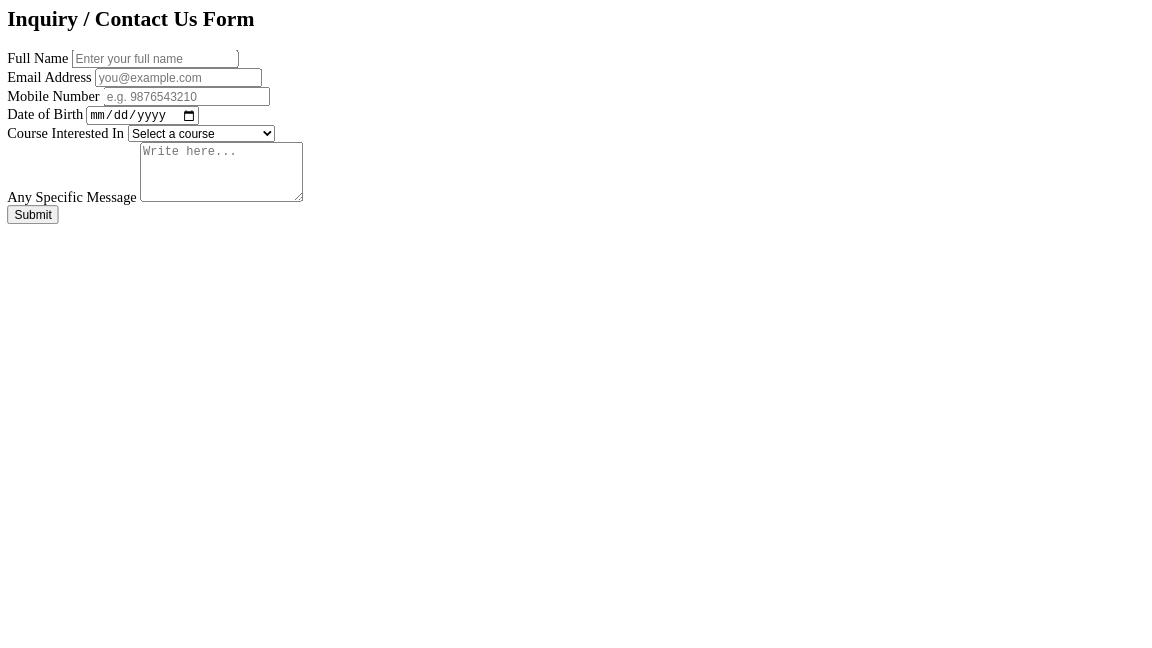
Repository: mscomputer2025/mscomputer
Page: http://localhost/contactus
These files come from the project's save history. The page is drawn as it stood at one moment and after a run of saves; the edit follows.
The browser window is 1280 px wide. The pictures show the whole page, at 90% of full size.
Some web fonts or font styles are not loaded; a fallback is used. The page is served by the project's Laravel application, run on PHP 8.4 with Laravel 12. Other server files are loaded and not shown. Queries for data that is not in the repository find no rows.

Above is the page before, as saved 2025-07-02 07:15:41.

### app/Providers/AppServiceProvider.php
<?php

namespace App\Providers;

use Illuminate\Support\ServiceProvider;
use App\Models\Courses;
use Illuminate\Support\Facades\View;

class AppServiceProvider extends ServiceProvider
{

    public function register(): void
    {
        //
    }

    public function boot()
{
    View::composer('*', function ($view) {
        $view->with('allCourses', Courses::all());
    });
}
}

### app/Providers/ViewServiceProvider.php
<?php

namespace App\Providers;

use Illuminate\Support\ServiceProvider;
use Illuminate\Support\Facades\View;
use Illuminate\View\Compilers\BladeCompiler;
use Illuminate\Support\Facades\Validator;
use App\Models\Courses;

class ViewServiceProvider extends ServiceProvider
{

    public function register(): void
    {
        //
    }


    public function boot()
    {
        View::composer('*', function ($view) {
            $courses = Courses::all();
            $view->with('courses', $courses);
        });
    }
}

### routes/web.php
<?php

use Illuminate\Support\Facades\Route;

Route::get('/', function () {
    return view('homepage');
});
Route::get('/contactus', function () {
    return view('contactus');
});

### app/Models/Courses.php
<?php

namespace App\Models;

use Illuminate\Database\Eloquent\Model;

class Courses extends Model
{
    protected $fillable = [
        'course_id', 'course_title', 'course_image', 'course_duration',
        'course_description', 'course_curriculum', 'course_rating', 'course_reviews'
    ];

    protected $casts = [
        'course_curriculum' => 'array',
    ];
}

### resources/views/contactus.blade.php
<section class="py-5 bg-light">
  <div class="container">
    <h2 class="fw-bold text-center mb-4">Inquiry / Contact Us Form</h2>

    <form class="bg-white p-4 rounded shadow-sm">
      <div class="row mb-3">
        <div class="col-md-6 mb-3 mb-md-0">
          <label for="name" class="form-label">Full Name</label>
          <input type="text" class="form-control" id="name" placeholder="Enter your full name">
        </div>
        <div class="col-md-6">
          <label for="email" class="form-label">Email Address</label>
          <input type="email" class="form-control" id="email" placeholder="you@example.com">
        </div>
      </div>

      <div class="row mb-3">
        <div class="col-md-6 mb-3 mb-md-0">
          <label for="phone" class="form-label">Mobile Number</label>
          <input type="tel" class="form-control" id="phone" placeholder="e.g. 9876543210">
        </div>
        <div class="col-md-6">
          <label for="dob" class="form-label">Date of Birth</label>
          <input type="date" class="form-control" id="dob">
        </div>
      </div>

      <div class="mb-3">
        <label for="course" class="form-label">Course Interested In</label>
        <select class="form-select" id="course">
          <option selected disabled>Select a course</option>
          <option>Basic Computer Course</option>
          <option>Financial Accounting</option>
          <option>DTP</option>
          <option>Microsoft Office</option>
          <option>Web Development</option>
          <option>Graphic Design</option>
        </select>
      </div>

      <div class="mb-3">
        <label for="message" class="form-label">Any Specific Message</label>
        <textarea class="form-control" id="message" rows="4" placeholder="Write here..."></textarea>
      </div>

      <div class="text-center">
        <button type="submit" class="btn btn-primary px-4">Submit</button>
      </div>
    </form>
  </div>
</section>

### resources/views/master/master.blade.php
<!DOCTYPE html>
<html lang="en">
<head>
    <meta charset="UTF-8">
    <meta name="viewport" content="width=device-width, initial-scale=1.0">
    <link rel="stylesheet" href="{{ asset('css/master.css') }}">
    <link href="https://fonts.googleapis.com/css2?family=Poppins&display=swap" rel="stylesheet">
    <link href="https://fonts.googleapis.com/css2?family=Orbitron:wght@600&family=Montserrat:wght@500&display=swap" rel="stylesheet">
    <link rel="stylesheet" href="https://cdn.jsdelivr.net/npm/bootstrap-icons@1.10.5/font/bootstrap-icons.css">
    <link href="https://cdn.jsdelivr.net/npm/bootstrap@5.3.7/dist/css/bootstrap.min.css" rel="stylesheet">
    <title>MS COMPUTER - @yield('title')</title>
</head>
<body>

    @include('master.header')

    <main>
        @yield('content')
    </main>

    @include('master.footer')

    <script src="https://cdn.jsdelivr.net/npm/bootstrap@5.3.7/dist/js/bootstrap.bundle.min.js"></script>
</body>
</html>

### resources/views/master/header.blade.php
<nav class="navbar navbar-expand-lg navbar-light shadow-sm">
    <div class="container mx-3">
        <a class="navbar-brand" href="#">
            <img src="{{ asset('logo.jpeg') }}" alt="Institute Logo" width="70" height="100" class="img-fluid">
            <span class="ms-2 fw-bold">MS COMPUTER</span>
        </a>
        <button class="navbar-toggler" type="button" data-bs-toggle="collapse" data-bs-target="#navbarContent"
            aria-controls="navbarContent" aria-expanded="false" aria-label="Toggle navigation">
            <span class="navbar-toggler-icon"></span>
        </button>

        <div class="collapse navbar-collapse justify-content-end" id="navbarContent">
            <ul class="navbar-nav mb-2 mb-lg-0">

                <li class="nav-item">
                    <a class="nav-link {{ request()->is('/') ? 'active' : '' }}" href="{{ url('/') }}">Home</a>
                </li>

                <li class="nav-item dropdown">
                    <a class="nav-link dropdown-toggle {{ request()->is('courses*') ? 'active' : '' }}" href="#" id="coursesDropdown"
                        role="button" data-bs-toggle="dropdown" aria-expanded="false">
                        Courses
                    </a>
                    <ul class="dropdown-menu" aria-labelledby="coursesDropdown">
                        <li><a class="dropdown-item" href="#">Basic Computer</a></li>
                        <li><a class="dropdown-item" href="#">Tally ERP</a></li>
                        <li><a class="dropdown-item" href="#">Web Development</a></li>
                        <li><a class="dropdown-item" href="#">Graphic Design</a></li>
                    </ul>
                </li>

                <li class="nav-item">
                    <a class="nav-link {{ request()->is('about') ? 'active' : '' }}" href="{{ url('/about') }}">About Us</a>
                </li>

                <li class="nav-item">
                    <a class="nav-link {{ request()->is('contactus') ? 'active' : '' }}" href="{{ url('/contactus') }}">Contact Us</a>
                </li>

            </ul>
        </div>
    </div>
</nav>

### resources/views/master/footer.blade.php
<footer class="container text-white pt-4 pb-3 mt-5 footer-bg">
    <div class="mx-3">
        <div class="row">
            <!-- Institute Info -->
            <div class="col-md-4 mb-3">
                <a class="navbar-brand" href="#">
                    <img src="{{ asset('footerlogo.jpg') }}" alt="Institute Logo" width="50" height="70"
                        class="img-fluid rounded-circle me-2">
                </a>
                <span class="fw-bold h5">MS COMPUTER EDUCATION</span>
                <p class="mt-2">
                    MS COMPUTER nurtures dreams and shapes futures by awakening potential and inspiring a passion for
                    technical excellence. Our education system is rooted in proven methods, focused on guidance,
                    prevention of faults, and constructive support.
                </p>
            </div>

            <!-- Quick Links -->
            <div class="col-md-2 mb-3">
                <h5 class="fw-bold">Quick Links</h5>
                <ul class="list-unstyled">
                    <li><a href="#" class="text-white text-decoration-none">Home</a></li>
                    <li><a href="#" class="text-white text-decoration-none">Courses</a></li>
                    <li><a href="#" class="text-white text-decoration-none">Inquiry</a></li>
                    <li><a href="#" class="text-white text-decoration-none">About Us</a></li>
                    <li><a href="#" class="text-white text-decoration-none">Contact Us</a></li>
                </ul>
            </div>

            <!-- Courses Offered -->
            <div class="col-md-2 mb-3">
                <h5 class="fw-bold">Courses Offered</h5>
                <ul class="list-unstyled">
                    <li><a href="#" class="text-white text-decoration-none">Basic Computer</a></li>
                    <li><a href="#" class="text-white text-decoration-none">Tally with GST</a></li>
                    <li><a href="#" class="text-white text-decoration-none">Web Development</a></li>
                    <li><a href="#" class="text-white text-decoration-none">Graphic Designing</a></li>
                    <li><a href="#" class="text-white text-decoration-none">Programming (C/C++)</a></li>
                </ul>
            </div>

            <!-- Contact Info -->
            <div class="col-md-4 mb-3">
                <h5 class="fw-bold">Contact Us</h5>
                <p><i class="bi bi-envelope-fill me-2"></i>Email: mscomputeronline@gmial.com</p>
                <p><i class="bi bi-telephone-fill me-2"></i>Phone:+91 7600 991 605 |+91 8401 330 313</p>
                <p><i class="bi bi-geo-alt-fill me-2 align-middle"></i>G-19, Mohammadi City Corner, Mohammadpura,
                    Bharuch</p>
            </div>
        </div>

        <hr class="bg-secondary">
        <div class="text-center">
            <small>&copy; {{ date('Y') }} MS COMPUTER. All rights reserved.</small>
        </div>
    </div>
</footer>

### public/css/master.css
:root {
  --primary-light: #F8FAFC;
  --accent-blue: #2563EB;
  --nav-text: #1F2937;
  --footer-bg: #101e39;
  --footer-text: #bde6e0;
  --footer-link-hover: #2563EB;
}

.navbar {
  background-color: var(--primary-light);
  border-bottom: 1px solid #e2e8f0;
  /* font-family: 'Orbitron', sans-serif;  */
}

.navbar .navbar-brand span {
  color: var(--nav-text);
  font-weight: 700;
}

.navbar .nav-link {
  color: var(--nav-text);
  font-weight: 500;
}

.navbar .nav-link.active,
.navbar .nav-link:hover {
  color: var(--accent-blue);
  border-bottom: 2px solid var(--accent-blue);
}

/* Dropdown Styling */
.navbar .dropdown-menu {
  background-color: var(--primary-light);
  border: 1px solid #e2e8f0;
  box-shadow: 0 6px 12px rgba(0, 0, 0, 0.1);
}

.navbar .dropdown-item {
  color: var(--nav-text);
}

.navbar .dropdown-item:hover {
  background-color: var(--accent-blue);
  color: white;
}

footer.footer-bg {
  background-color: var(--footer-bg);
  color: var(--footer-text);
}

footer.footer-bg span h5 {
  color: var(--footer-text);
}

footer.footer-bg a {
  color: var(--footer-text);
  text-decoration: none;
}

footer.footer-bg a:hover {
  color: var(--footer-link-hover);
  text-decoration: underline;
}

footer.footer-bg hr {
  border-top: 1px solid #cbd5e1;
}

.hero {
  width: 100%;
  height: 100vh;
    background-image: url('../images/herosection.jpeg');
  background-position: center center;
  background-size: cover;
  background-repeat: no-repeat;
  position: relative;
  display: flex;
  align-items: center;
  justify-content: center;
  text-align: center;
  color: white;
  overflow: hidden;
  /* font-family: 'Orbitron', sans-serif; */
  padding: 0 15px;
}

.hero::before {
  content: "";
  position: absolute;
  inset: 0;
  background-color: rgba(0, 0, 0, 0.4);
  z-index: 1;
}
.hero>div {
  position: relative;
  z-index: 2;
  text-shadow: 0 2px 8px rgba(0, 0, 0, 0.8);
  max-width: 800px;
  margin: auto;
}
@media (max-width: 768px) {
  .hero h1 {
    font-size: 2rem;
  }

  .hero p {
    font-size: 1rem;
  }
}
@media (max-width: 480px) {
  .hero {
    height: 80vh;
    padding: 20px;
  }
  .hero h1 {
    font-size: 1.5rem;
  }

  .hero p {
    font-size: 0.95rem;
  }
}
.course-box {
  transition: transform 0.3s ease,
}
.course-box:hover {
  transform: translateY(-5px);
  box-shadow: 0 10px 20px rgba(12, 12, 12, 0.1);
}
.heading-styled {
  font-family: 'Orbitron', sans-serif;
  font-size: 2rem;
  letter-spacing: 1px;
  color: #1f2937;
  position: relative;
}
@media (max-width: 576px) {
  .heading-styled {
    font-size: 1.5rem;
  }
}
.heading-styled::after {
  content: "";
  width: 60%;
  height: 3px;
  position: absolute;
  bottom: -10px;
  left: 0;
  border-radius: 2px;
}
section .fw-bold {
  font-family: 'Montserrat', sans-serif;
  color: #1e293b;
}

section p {
  font-size: 1.05rem;
  line-height: 1.7;
  color: #334155;
}
.about-image {
  max-height: 500px;
  object-fit: cover;
  width: 70%;
}

@media (max-width: 768px) {
  .about-image {
    width: 100%;
  }
}
.cert-logo {

  object-fit: contain;
  transition: transform 0.3s ease;
}

.cert-logo:hover {
  transform: scale(1.1);
}

.typewriter {
  overflow: hidden;
  border-right: 2px solid #000;
  white-space: nowrap;
  margin: 0 auto;
  animation: typing 3s steps(40, end), blink 0.75s step-end infinite;
  width: fit-content;
}

@keyframes typing {
  from { width: 0 }
  to { width: 100% }
}

@keyframes blink {
  50% { border-color: transparent }
}

After the next 2 saves:
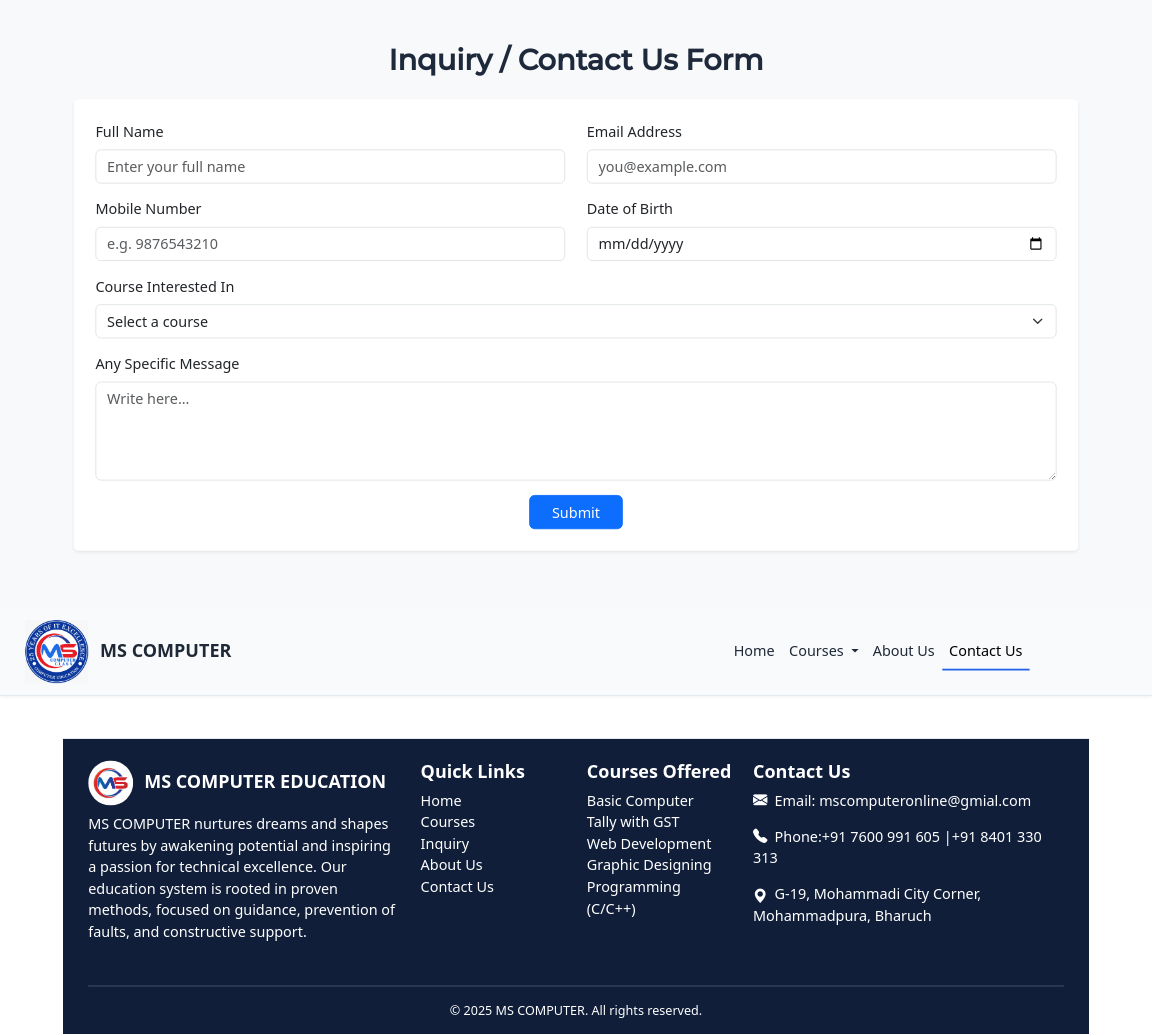
The 2 saves are shown as one change because they came seconds apart.
The last was saved 55 s later.
--- a/resources/views/contactus.blade.php
+++ b/resources/views/contactus.blade.php
@@ -1,3 +1,9 @@
+@extends('master.master')
+
+@section('title', 'Home')
+
+@section('content')
+
 <section class="py-5 bg-light">
   <div class="container">
     <h2 class="fw-bold text-center mb-4">Inquiry / Contact Us Form</h2>
